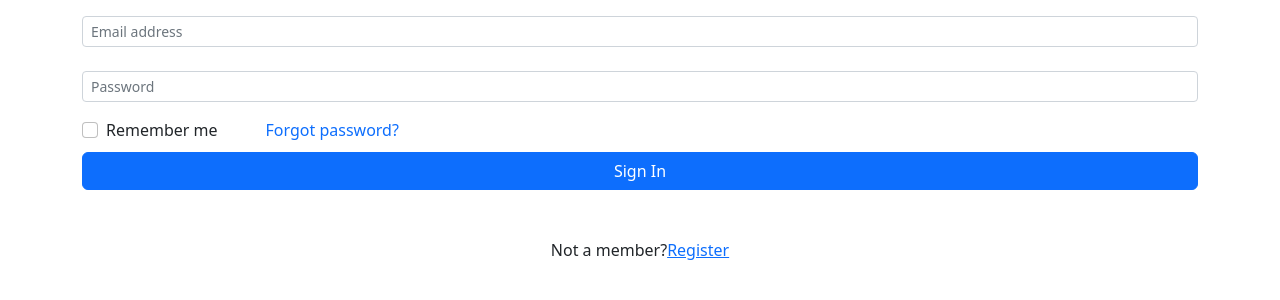
Repository: NPhanA/React2022
Page: / (app in Day 03-React/exercise/)
These files come from the project's save history. The page is drawn as it stood at one moment and after the next save; the edit follows.
The browser window is 1280 px wide. The pictures show the whole page.
The project was rebuilt for these pictures with package versions that can differ from the ones it lists, and the page was loaded fresh each time. Also part of the build but not shown: Day 03-React/exercise/src/App.css, Day 03-React/exercise/src/App.js, Day 03-React/exercise/src/Components/UserAgent.js, Day 03-React/exercise/src/Components/ProfileCard.js.

Above is the page before, as saved 2022-07-26 22:29:31.

After the next save:
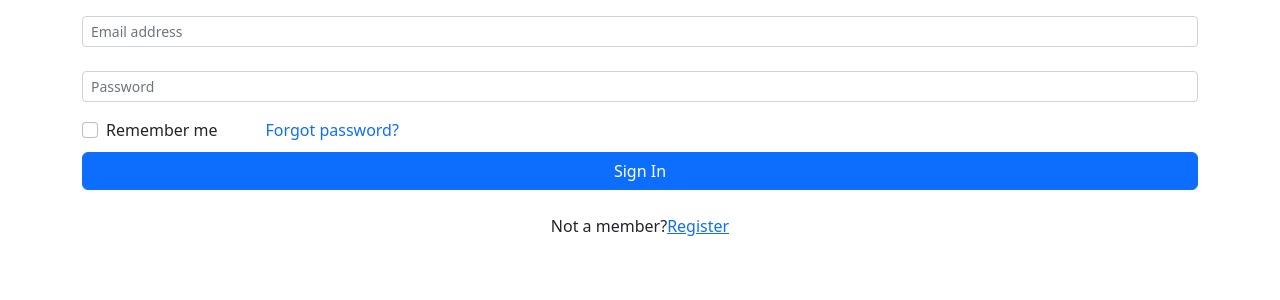
Saved 4 s later.
--- a/Day 03-React/exercise/src/Components/SignInForm.js
+++ b/Day 03-React/exercise/src/Components/SignInForm.js
@@ -18,7 +18,7 @@ function SignInForm() {
                     <div class="d-grid gap-2">
                         <button class="btn btn-primary mt-2" type="button">Sign In</button>
                     </div>
-                    <p className="text-center mt-5">Not a member?<a href="#" >Register</a></p>
+                    <p className="text-center mt-4">Not a member?<a href="#" >Register</a></p>
                 </form>
                 </div>
             </div>
